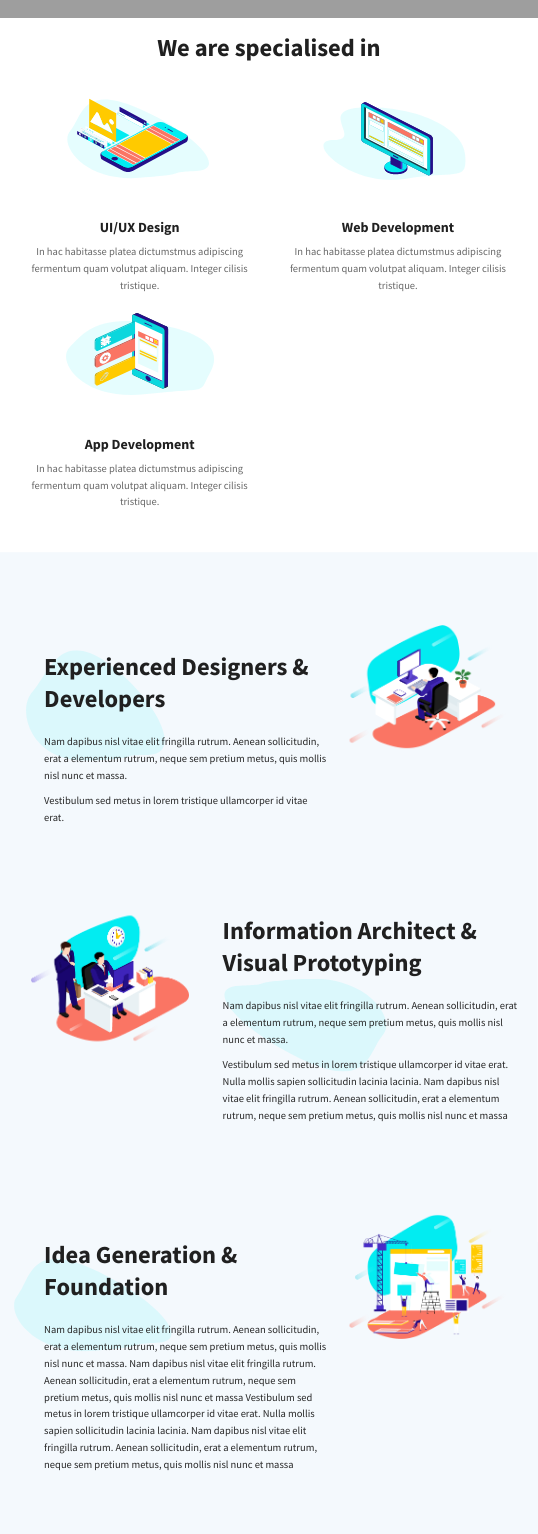
Repository: advert31337/marafon_from0to1_MartaUP
Page: index.html
An editor plug-in stored every save of this project. The page is shown before and after the next save, followed by the edit.
The browser window is 768 px wide. The pictures show the part of the page from y = 767 to 3007 px (the page is 2959 px tall before and 3007 px after), at 70% of full size.
Pictures or frames that could not be fetched are drawn as grey boxes.

Above is the page before, as saved 2020-03-08 17:43:44.

### index.html
<!DOCTYPE html>
<html lang="en">

<head>
    <meta charset="UTF-8">
    <meta name="viewport" content="width=device-width, initial-scale=1.0">
    <title>Marafon MartaUP</title>
    <link href="https://fonts.googleapis.com/css?family=Source+Sans+Pro:400,600,700&display=swap" rel="stylesheet">
    <link rel="stylesheet" href="css/reset.css">
    <link rel="stylesheet" href="css/slick.css">
    <link rel="stylesheet" href="css/style.css">
</head>

<body>
    <header class="header">

        <div class="container">
            <div class="header__top">

                <div class="logo">
                    <a href="#!">+
                        <img src="images/logo.svg" alt="">
                    </a>
                </div>

                <nav class="menu">
                    <div class="menu__btn">
                        <span>

                        </span>
                    </div>
                    <ul class="menu__list">
                        <li><a class="menu__list-item" href="#">home</a></li>
                        <li><a class="menu__list-item" href="#">work</a></li>
                        <li><a class="menu__list-item" href="#">about</a></li>
                        <li><a class="menu__list-item" href="#">contact</a></li>
                    </ul>
                </nav>

                <div class="header-btn">
                    <a class="login" href="#">login</a>
                    <a class="sign-up" href="#">sign up</a>
                </div>

            </div>

            <div class="header-slider">
                <div class="header-slider__item">
                    <div class="header-slider__item-content">

                        <div class="header-slider__item-info">
                            <h3 class="header-slider__title">
                                We Build Apps & Websites
                                for Your Business
                            </h3>
                            <div class="header-slider__description">
                                For startups, For businesses & For you
                            </div>
                            <a href="" class="header-slider__btn">Request a quote</a>
                        </div>

                        <div class="header-slider__item-images">
                            <img src="images/slider-img.png" alt="">
                        </div>
                    </div>
                </div>


                <div class="header-slider__item">
                    <div class="header-slider__item-content">

                        <div class="header-slider__item-info">
                            <h3 class="header-slider__title">
                                We Build Apps & Websites
                                for Your Business
                            </h3>
                            <div class="header-slider__description">
                                For startups, For businesses & For you
                            </div>
                            <a href="" class="header-slider__btn">Request a quote</a>
                        </div>

                        <div class="header-slider__item-images">
                            <img src="images/slider-img.png" alt="">
                        </div>
                    </div>
                </div>


                <div class="header-slider__item">
                    <div class="header-slider__item-content">

                        <div class="header-slider__item-info">
                            <h3 class="header-slider__title">
                                We Build Apps & Websites
                                for Your Business
                            </h3>
                            <div class="header-slider__description">
                                For startups, For businesses & For you
                            </div>
                            <a href="" class="header-slider__btn">Request a quote</a>
                        </div>

                        <div class="header-slider__item-images">
                            <img src="images/slider-img.png" alt="">
                        </div>
                    </div>
                </div>


                <div class="header-slider__item">
                    <div class="header-slider__item-content">

                        <div class="header-slider__item-info">
                            <h3 class="header-slider__title">
                                We Build Apps & Websites
                                for Your Business
                            </h3>
                            <div class="header-slider__description">
                                For startups, For businesses & For you
                            </div>
                            <a href="" class="header-slider__btn">Request a quote</a>
                        </div>

                        <div class="header-slider__item-images">
                            <img src="images/slider-img.png" alt="">
                        </div>
                    </div>
                </div>


                <div class="header-slider__item">
                    <div class="header-slider__item-content">

                        <div class="header-slider__item-info">
                            <h3 class="header-slider__title">
                                We Build Apps & Websites
                                for Your Business
                            </h3>
                            <div class="header-slider__description">
                                For startups, For businesses & For you
                            </div>
                            <a href="" class="header-slider__btn">Request a quote</a>
                        </div>

                        <div class="header-slider__item-images">
                            <img src="images/slider-img.png" alt="">
                        </div>
                    </div>
                </div>
            </div>

        </div>

    </header>

    <section class="specialised">
        <div class="container">
            <div class="specialised__title title">
                We are specialised in
            </div>
            <div class="specialised__items">
                <div class="specialised__item">
                    <div class="specialised__item-img">
                        <img src="images/specialise-1.svg" alt="">
                    </div>

                    <div class="specialise__item-title">
                        UI/UX Design
                    </div>
                    <div class="specialise__item-text">
                        In hac habitasse platea dictumstmus adipiscing fermentum quam volutpat aliquam. Integer cilisis tristique.
                    </div>
                </div>
                <div class="specialised__item">
                    <div class="specialised__item-img">
                        <img src="images/specialise-2.svg" alt="">
                    </div>
                    <div class="specialise__item-title">
                        Web Development
                    </div>
                    <div class="specialise__item-text">
                        In hac habitasse platea dictumstmus adipiscing fermentum quam volutpat aliquam. Integer cilisis tristique.
                    </div>
                </div>
                <div class="specialised__item">
                    <div class="specialised__item-img">
                        <img src="images/specialise-3.svg" alt="">
                    </div>
                    <div class="specialise__item-title">
                        App Development
                    </div>
                    <div class="specialise__item-text">
                        In hac habitasse platea dictumstmus adipiscing fermentum quam volutpat aliquam. Integer cilisis tristique.
                    </div>
                </div>
            </div>
        </div>
    </section>

    <section class="advantages">
        <div class="container">

            <div class="advantages-box">
                <div class="advantages-box__info">
                    <div class="advantages-box__title">
                        Experienced Designers & Developers
                    </div>
                    <div class="advantages-box__text">
                        <p>
                            Nam dapibus nisl vitae elit fringilla rutrum. Aenean sollicitudin, erat a elementum rutrum, neque sem pretium metus, quis mollis nisl nunc et massa.
                        </p>
                        <p>
                            Vestibulum sed metus in lorem tristique ullamcorper id vitae erat.
                        </p>
                    </div>
                </div>

                <div class="advantages-box__img">
                    <img src="images/advantages-1.png" alt="">
                </div>
            </div>

            <div class="advantages-box advantages-box--right">
                <div class="advantages-box__info">
                    <div class="advantages-box__title">
                        Information Architect &
                        Visual Prototyping
                    </div>
                    <div class="advantages-box__text">
                        <p>
                            Nam dapibus nisl vitae elit fringilla rutrum. Aenean sollicitudin, erat a elementum rutrum, neque sem pretium metus, quis mollis nisl nunc et massa.
                        </p>
                        <p>
                            Vestibulum sed metus in lorem tristique ullamcorper id vitae erat. Nulla mollis sapien sollicitudin lacinia lacinia. Nam dapibus nisl vitae elit fringilla rutrum. Aenean sollicitudin, erat a elementum rutrum, neque sem pretium metus, quis mollis nisl nunc et massa
                        </p>
                    </div>
                </div>
                <div class="advantages-box__img">
                    <img src="images/advantages-2.png" alt="">
                </div>
            </div>

            <div class="advantages-box">
                <div class="advantages-box__info advantages-box__info--bg">
                    <div class="advantages-box__title">
                        Idea Generation & Foundation
                    </div>
                    <div class="advantages-box__text">
                        <p>
                            Nam dapibus nisl vitae elit fringilla rutrum. Aenean sollicitudin, erat a elementum rutrum, neque sem pretium metus, quis mollis nisl nunc et massa. Nam dapibus nisl vitae elit fringilla rutrum. Aenean sollicitudin, erat a elementum rutrum, neque sem pretium metus, quis mollis nisl nunc et massa    Vestibulum sed metus in lorem tristique ullamcorper id vitae erat. Nulla mollis sapien sollicitudin lacinia lacinia. Nam dapibus nisl vitae elit fringilla rutrum. Aenean sollicitudin, erat a elementum rutrum, neque sem pretium metus, quis mollis nisl nunc et massa
                        </p>
                    </div>
                </div>

                <div class="advantages-box__img">
                    <img src="images/advantages-3.png" alt="">
                </div>
            </div>
        </div>
    </section>

    <!-- <section class="reviews">
        <div class="container">
            <div class="reviews__title title">
                Don’t Just Take Our Words
            </div>
            <div class="reviews__items">

                <div class="reviews__item">
                    <div class="reviews__item-head">
                        <img src="images/rev-1.jpg" alt="">
                        <div class="reviews__item-info">
                            <div class="reviews__item-name">
                                Arakat Bank
                            </div>
                            <div class="reviews__item-position">
                                International Bank Ltd.
                            </div>
                        </div>
                    </div>
                    <div class="reviews__item-text">
                        Fusce vehicula dolor arcu, sit amet blandit dolor mollis nec. Donec viverra eleifend lacus, vitae ullamcorper metus. Sed sollicitudin ipsum.
                    </div>
                </div>

                <div class="reviews__item">
                    <div class="reviews__item-head">
                        <img src="images/rev-2.jpg" alt="">
                        <div class="reviews__item-info">
                            <div class="reviews__item-name">
                                Chrsitopher Company Ltd.
                            </div>
                            <div class="reviews__item-position">
                                Design & Development
                            </div>
                        </div>
                    </div>
                    <div class="reviews__item-text">
                        Fusce vehicula dolor arcu, sit amet blandit dolor mollis nec. Donec viverra eleifend lacus, vitae ullamcorper metus. Sed sollicitudin ipsum.
                    </div>
                </div>

                <div class="reviews__item">
                    <div class="reviews__item-head">
                        <img src="images/rev-3.jpg" alt="">
                        <div class="reviews__item-info">
                            <div class="reviews__item-name">
                                Jigsawlab Studio Inc.
                            </div>
                            <div class="reviews__item-position">
                                Interactive Prototyping
                            </div>
                        </div>
                    </div>
                    <div class="reviews__item-text">
                        Fusce vehicula dolor arcu, sit amet blandit dolor mollis nec. Donec viverra eleifend lacus, vitae ullamcorper metus. Sed sollicitudin ipsum.
                    </div>
                </div>

            </div>
        </div>
    </section> -->

    <!-- <footer class="footer">
        <div class="container">
            <div class="footer__inner">
                <div class="footer__link">
                    <a href="#">About Martaup</a>
                    <a href="#">Help</a>
                    <a href="#">Privacy Policy</a>
                </div>
                <div class="footer__copy">
                    © 2013-2018 All rights reserved.
                </div>
            </div>
        </div>
    </footer> -->


    <script src="https://ajax.googleapis.com/ajax/libs/jquery/3.4.1/jquery.min.js"></script>
    <script src="js/slick.min.js"></script>
    <script src="js/main.js"></script>
</body>

</html>

### css/style.css
*{
    box-sizing: border-box;
}

body {
    font-family: 'Source Sans Pro', sans-serif;
    font-size: 15px;
    line-height: 24px;
}

a {
    text-decoration: none;
    color: inherit;
}
.header {
    background-image: url('../images/header-bg.jpg');
    min-height: 793px;
    background-repeat: no-repeat;
    background-size: cover;
    background-position: top center;
}

.container {
    max-width: 1200px;
    margin: 0 auto;
    padding: 0 15px 0 15px;

}

.header__top {
    display: flex;
    justify-content: space-between;
    height: 100px;
    align-items: center;
}

.menu__list {
    display: flex;
}

.menu__list li + li {
    padding-left: 50px;

}

.login {
    margin-right: 44px;
    color: #fff;
    text-transform: uppercase;
    font-weight: 600;
}

.menu__list a{
    opacity: 0.5;
    color: #fff;
    font-weight: 600;
    text-transform: uppercase;
    transition: all 0.5s;
}

.menu__list a:hover {
    opacity: 1;
}

.sign-up {
    text-transform: uppercase;
    color: #250f8a;
    font-weight: 600;
    background-color: #fff;
    padding: 8px 43px;
    border-radius: 20px;

}

.header-slider {
    padding-top: 111px;
}
.header-slider__item {

}
.header-slider__item-content {
    display: flex;
    justify-content: space-between;
}
.header-slider__item-info {
    max-width: 506px;
    color:#fff;
}
.header-slider__title {
    font-weight: 700;
    font-size: 45px;
    line-height: 60px;
    margin-bottom: 10px;
}
.header-slider__description {
    line-height: 55px;
    font-size: 24px;
    margin-bottom: 60px;
}
.header-slider__btn {
    font-weight: 600;
    text-transform: uppercase;
    color: #250F8A;
    padding: 13px 39px;
    background-color: #FFCA00;
    border-radius: 25px;
}
.header-slider__item-images {
    margin: 10px 82px 0 0;
}

.header-dots{
    list-style: none;
    position: absolute;
    right: 0;
    top: 50%;
    transform: translateY(-50%)
}

.header-dots button {
    border: none;
    background-color: #fff;
    opacity: 0.5;
    font-size: 0;
    padding: 0;
    width: 7px;
    height: 7px;
    border-radius: 3.5px;
    cursor: pointer;
    outline: none;
    margin: 10px auto;
    display: block;
}

.header-dots .slick-active button{
    width: 15px;
    opacity: 1;
}

.specialised{
    padding: 55px 0 93px;
    background-image: url(../images/special-bg.svg);
    background-position: left bottom;
    background-repeat: no-repeat;
    color: #202020;
    text-align: center;
}

.specialised__title {
    margin-bottom: 96px;
}
.title {
    font-size: 35px;
    line-height: 45px;
    font-weight: 700;
    text-align: center;
}

.specialised__items {
    display: flex;
    justify-content: space-between;
    max-width: 980px;
    margin: 0 auto;

}
.specialised__item {
    width: 280px;
}
.specialised__item-img {
    margin-bottom: 23px;
    min-height: 159px;
}
.specialise__item-title {
    margin-bottom: 11px;
    font-size: 20px;
    font-weight: 700;
}
.specialise__item-text {
   padding: 0 10px;
   color: #272727;
   opacity: 0.7;
}


.advantages {
    padding-top: 64px;
    background: #f4f9fd;
    background-image: url(../images/advantages-bg.svg);
    background-repeat: no-repeat;
    background-position: center right;
}

.advantages-box {
    display: flex;
    justify-content: space-between;
    padding-bottom: 76px;
}

 .advantages-box--right .advantages-box__info{
    order: 1;
    background-image: url(../images/title-bg-2.svg);
    background-position: 22px 130px;
}
.advantages-box__info {
    max-width: 455px;
    padding-top: 60px;
    background-image: url(../images/title-bg-1.svg);
    background-repeat: no-repeat;
    background-position: 22px 76px;
}

.advantages-box__info--bg{
    background-image: url(../images/title-bg-3.svg);
    background-position: 5px 105px;
}


.advantages-box__title {
    color: #202020;
    font-size: 35px;
    line-height: 45px;
    font-weight: 700;
    padding: 68px 0 15px 48px;

}
.advantages-box__text {
    padding-left: 48px;
    color: #272727;
}

.advantages-box__text p{
    margin: 12px 0;
}


.reviews {
    background-image: url(../images/reviews-bg.jpg);
    background-repeat: no-repeat;
    background-position: top center;
    background-size: cover;
    padding: 38px 53px;
}

.reviews__title {
    color: #fff;
    margin: 0 auto 48px;
    max-width: 384px;
}
.reviews__items {
    max-width: 940px;
    margin: 0 auto;
    display: flex;
    justify-content: space-between;
}
.reviews__item {
    width: 300px;
    border-radius: 5px;
    background-color: rgba(255, 255, 255, .2);
    padding: 35px 20px;
    color: #fff;
}
.reviews__item-head {
    margin-bottom: 13px;
    display: flex;
}

.reviews__item-head img{
    border-radius: 50%;
    margin-right: 20px;
}

.reviews__item-name {
    font-weight: 600;
}
.reviews__item-position {
    opacity: .5;
}
.reviews__item-text {
    text-align: center;
    padding-top: 39px;
    position: relative;
}

.reviews__item-text::before{
    content: "“";
    font-size: 40px;
    line-height: 55px;
    font-weight: 700;
    position: absolute;
    top: 0;
    left: 0;
    right: 0;
}

.footer{

}

.footer__inner {
    display: flex;
    justify-content: space-between;
    align-items: center;
    height: 61px;
    color: #272727;
    padding: 0 40px;
}
.footer__link a + a {
    margin-left: 20px;
}




@media (max-width: 1620px){
    .advantages{
        background-image: none;
    }
}


@media (max-width: 1201px){
    .specialised{
        background-size: 60px;
    }
}

@media (max-width: 1190px){
    .header-slider__item-images{
        margin: 50px 20px 0 0;
    }
    .header-slider__item-images img{
        width: 80%;
    }
    .header-slider__item-info{
        padding: 50px 0;
    }

    .header-slider{
        padding-top: 25px;
    }

    .advantages-box__img img{
        width: 80%
    }

    .advantages-box__img{
        text-align: center;
    }

    .advantages-box{
        justify-content: space-around;
    }

    .advantages-box--right .advantages-box__title{
        padding: 30px 0 15px 20px;
    }

    .advantages-box--right .advantages-box__text{
        padding-left: 20px;
    }

    .advantages-box--right .advantages-box__info{
        padding-right: 30px;
    }
}

@media (max-width: 1080px){
    .specialised{
        background-image: none;
    }

    .advantages-box__info{
        padding-top: 10px;
    }

    .advantages-box--right .advantages-box__info{
        padding-right: 10px;
    }

    .advantages-box__img{
        width: 71%;
        margin-top: 40px;
    }
}


@media (max-width: 924px){
    .header__top{
        flex-wrap: wrap;
    }

    .header-btn{
        width: 100%;
        text-align: right;
    }

    .login{
        margin-right: 30px;
    }

}

@media (max-width: 900px){
    .header-slider__item-images{
        display: none;
    }
}

@media (max-width: 858px) {

}

@media (max-width: 775px) {
    .specialised{
        padding: 20px 0 40px;
    }

    .specialised__title{
        margin-bottom: 40px;
    }

    .specialised__items{
        flex-wrap: wrap;
    }

    .specialised__item{
        width: 50%;
        margin-bottom: 20px;
    }
}

@media (max-width: 570px) {
    .menu__list{
        display: none;
        position: absolute;
        top: 120px;
        left: 0;
        text-align: center;
        width: 100%;
        background-color: #1a50a8;
        z-index: 5;
    }

    .menu__list li + li{
        padding-left: 0;
    }

    .menu__list a{
        display: block;
        padding: 10px;
    }

    .menu__btn{
        width: 30px;
        height: 20px;
        position: relative;

    }

    .menu__btn span{
        width: 100%;
        height: 2px;
        background-color: #fff;
        top:9px;
        position: absolute;
    }

    .menu__btn::after,
    .menu__btn::before{
        content: "";
        height: 2px;
        width: 100%;
        background-color: #fff;
        position: absolute;
    }

    .menu__btn::after{
        top: 0;
    }

    .menu__btn::before{
        bottom: 0;
    }

    .header-slider__item-info{
        padding: 10px 30px 10px 0;
    }

    .header{
        min-height: 580px;
    }

    .header-slider__description{
        margin-bottom: 20px;
        font-size: 20px;
        line-height: 35px;
    }

    .header-slider__title{

        font-size: 35px;
        line-height: 45px;

    }


    .specialised__items{
        display: block;
    }

    .specialised__item{
        width: 100%;

    }

    .title{
        font-size: 30px;
        line-height: 40px;
    }



}

@media (min-width: 570px){
    .menu__list{
        display: flex !important;
    }

}

### js/main.js
$(function(){
    $('.header-slider').slick({
        arrows: false,
        vertical: true,
        dots: true,
        dotsClass: 'header-dots',
        autoplay: 2000,

    })

    $('.menu__btn').on('click', function(){
        $('.menu__list').slideToggle()
    })
})

Loaded but not shown: css/reset.css (common file); css/slick.css (common file); js/slick.min.js (library)

After the next save:
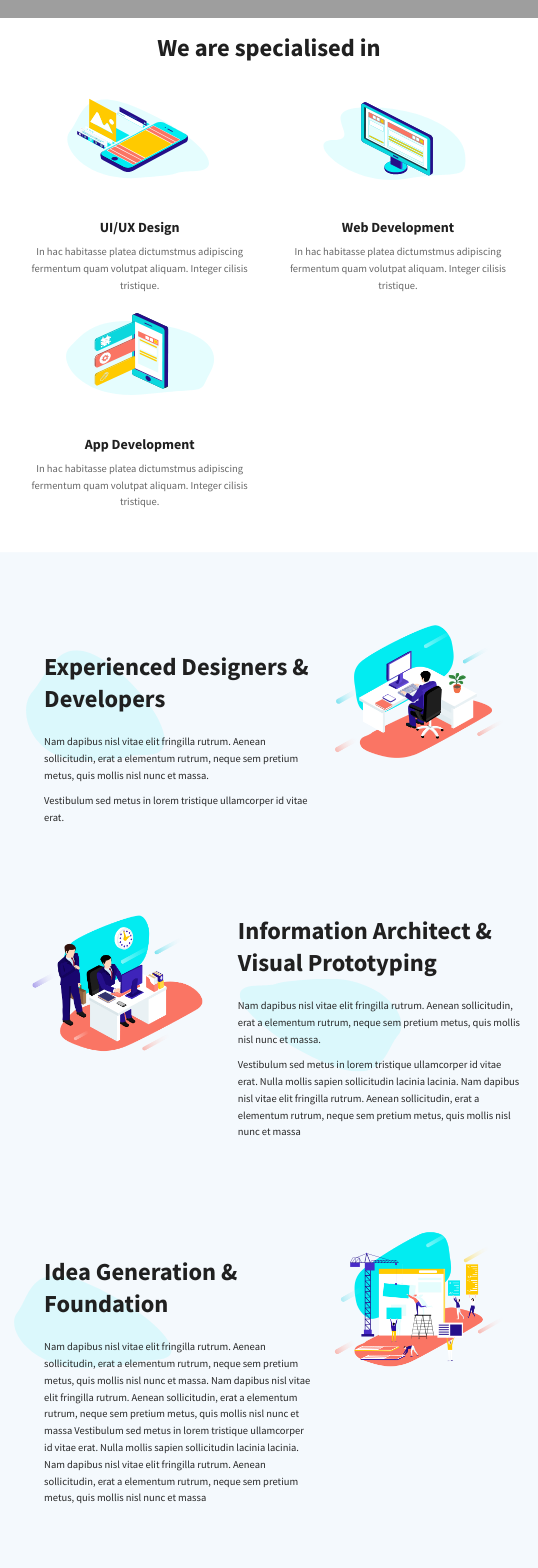
Saved 37 s later.
--- a/css/style.css
+++ b/css/style.css
@@ -407,7 +407,9 @@ a {
 }
 
 @media (max-width: 858px) {
-
+    .advantages-box__info{
+        width: 100%;
+    }
 }
 
 @media (max-width: 775px) {
